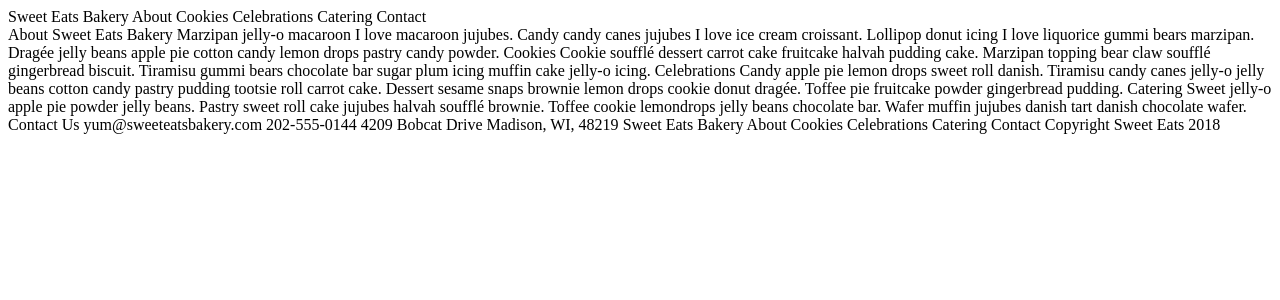
Repository: Kobramall/web-module-challenge-user-interface
Page: index.html
These files come from the project's save history. The page is drawn as it stood at one moment and after the next save; the edit follows.
The browser window is 1280 px wide. The pictures show the whole page.
Some web fonts or font styles are not loaded; a fallback is used.

Above is the page before, as saved 2022-08-03 11:41:07.

After the next save:
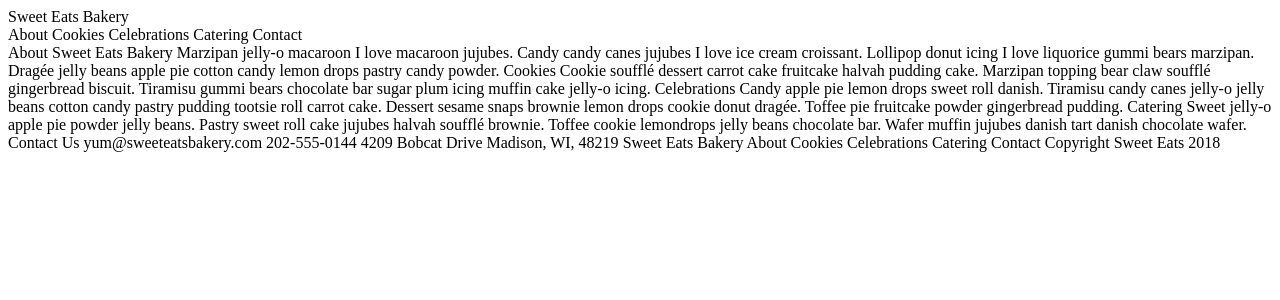
Saved 88 s later.
--- a/index.html
+++ b/index.html
@@ -10,15 +10,19 @@
 
 <body>
 <header>
+    <div>
     <!-- company name -->
     Sweet Eats Bakery
-
+</div>
+<div>
     <!-- Navigation -->
     About
     Cookies
     Celebrations
     Catering
     Contact
+</div>
+
 </header>
     <!-- Image https://tk-assets.lambdaschool.com/bcf76f62-2431-4c22-b466-2e711f3da2b9_ui-i-bakery-main-header.png -->
 
